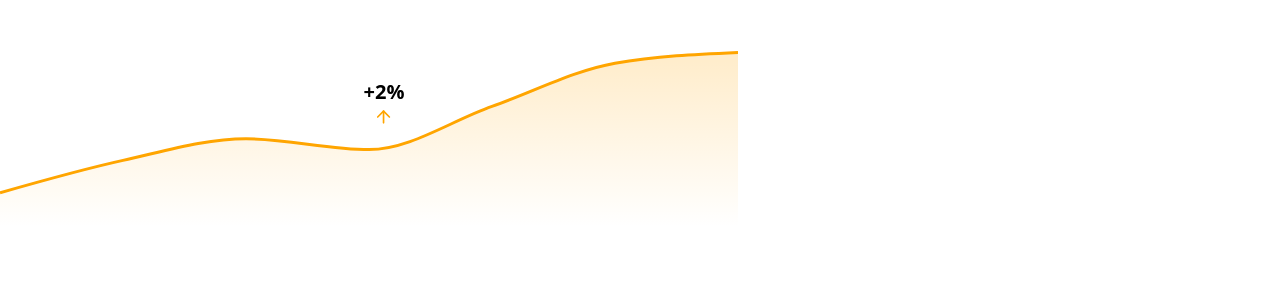
Repository: SharonSebastian32/reacharts
Page: /
The author's editor kept a copy of each file at every save. The page is drawn from the files as they stood at one save, then again after a run of saves.
The browser window is 1280 px wide. The pictures show the whole page.
The project was rebuilt for these pictures with package versions that can differ from the ones it lists, and the page was loaded fresh each time. Also part of the build but not shown: vite.config.js.

Above is the page before, as saved 2025-03-20 23:00:16.

### src/App.jsx
import GrowthGraph from "./Components/CurveGraph";
function App() {
  return (
    <>
      <GrowthGraph />
    </>
  );
}

export default App;

### src/Components/CurveGraph.jsx
// components/GrowthGraph.jsx
import React from "react";
import "./CurveGraph.scss";
import {
  AreaChart,
  Area,
  XAxis,
  YAxis,
  CartesianGrid,
  ResponsiveContainer,
} from "recharts";

const GrowthGraph = () => {
  // Sample data to create the desired curve
  const data = [
    { name: "Jan", value: 20 },
    { name: "Feb", value: 35 },
    { name: "Mar", value: 45 },
    { name: "Apr", value: 40 },
    { name: "May", value: 60 },
    { name: "Jun", value: 80 },
    { name: "Jul", value: 85 },
  ];

  return (
    <div className="growth-graph-container">
      <ResponsiveContainer width="100%" height="100%">
        <AreaChart
          data={data}
          margin={{ top: 20, right: 30, left: 0, bottom: 20 }}
        >
          <defs>
            <linearGradient id="colorGradient" x1="0" y1="0" x2="0" y2="1">
              <stop offset="5%" stopColor="orange" stopOpacity={0.2} />
              <stop offset="95%" stopColor="orange" stopOpacity={0} />
            </linearGradient>
          </defs>
          <CartesianGrid vertical={false} horizontal={false} />
          <XAxis dataKey="name" hide={true} />
          <YAxis hide={true} />
          <Area
            type="monotone"
            dataKey="value"
            stroke="orange"
            strokeWidth={3}
            fillOpacity={1}
            fill="url(#colorGradient)"
            dot={false}
            activeDot={false}
            isAnimationActive={true}
            animationDuration={1500}
          />
        </AreaChart>
      </ResponsiveContainer>

      {/* Growth indicator */}
      <div className="growth-indicator">
        +2%
        <div className="arrow-container">
          <svg
            width="20"
            height="20"
            viewBox="0 0 24 24"
            fill="none"
            xmlns="http://www.w3.org/2000/svg"
          >
            <path
              d="M12 19L12 5"
              stroke="orange"
              strokeWidth="2"
              strokeLinecap="round"
              strokeLinejoin="round"
            />
            <path
              d="M5 12L12 5L19 12"
              stroke="orange"
              strokeWidth="2"
              strokeLinecap="round"
              strokeLinejoin="round"
            />
          </svg>
        </div>
      </div>
    </div>
  );
};

export default GrowthGraph;

### src/Components/CurveGraph.scss
$green-400: rgb(255, 64, 0) (255, 72, 0);
$white: #ffffff;

.growth-graph-container {
  width: 60%;
  height: 16rem;
  background-color: $white;
  position: relative;
}

.growth-indicator {
  position: absolute;
  color: $green-400;
  font-weight: 700;
  font-size: 1.25rem;
  left: 50%;
  top: 40%;
  transform: translate(-50%, -50%);

  .arrow-container {
    display: flex;
    justify-content: center;
  }
}

Loaded but not shown: index.html (common file); src/main.jsx (common file); src/index.css (common file)

After the next 2 saves:
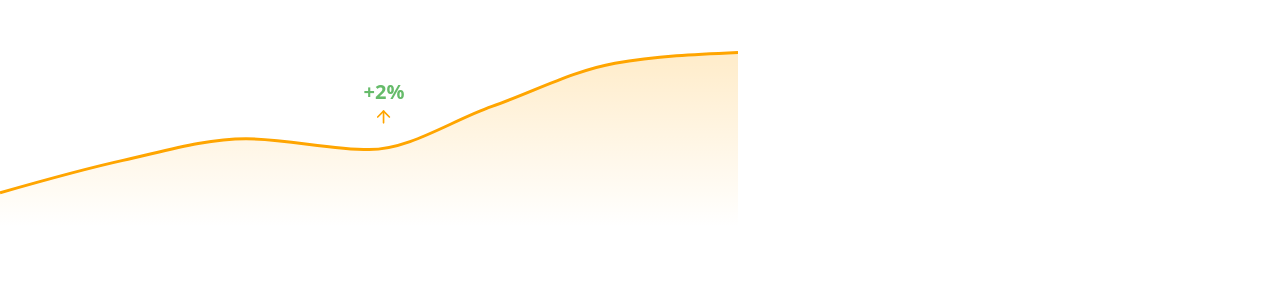
The 2 saves are shown as one change because they came seconds apart.
The last was saved 22 s later.
--- a/src/Components/CurveGraph.scss
+++ b/src/Components/CurveGraph.scss
@@ -1,4 +1,4 @@
-$green-400: rgb(255, 64, 0) (255, 72, 0);
+$green-400: #66bb6a;
 $white: #ffffff;
 
 .growth-graph-container {
